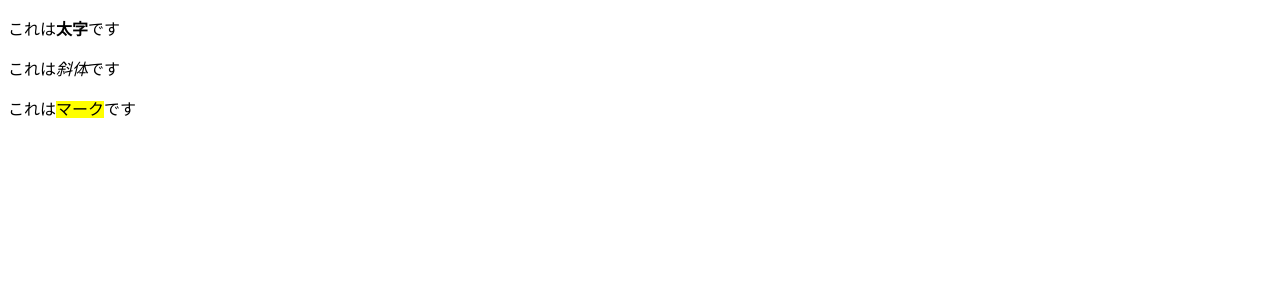
Repository: Jutta197/frontend726
Page: effect.html
These files come from the project's save history. The page is drawn as it stood at one moment and after the next save; the edit follows.
The browser window is 1280 px wide. The pictures show the whole page.

Above is the page before, as saved 2023-07-27 10:18:04.

After the next save:
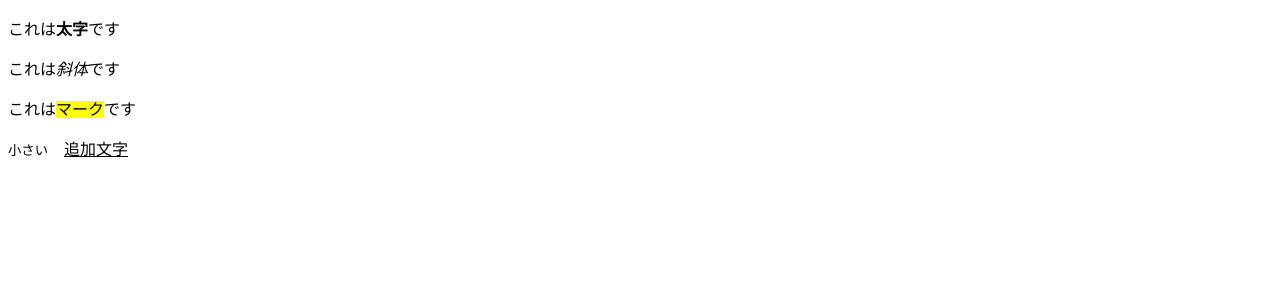
Saved 11 min 56 s later.
--- a/effect.html
+++ b/effect.html
@@ -14,6 +14,9 @@
     <!-- <p>斜体</p> -->
     <p>これは<i>斜体</i>です</p>
     <p>これは<mark>マーク</mark>です</p>
+    <p><small>小さい</small>　<ins>追加文字</ins>　</p>
+    <p></p>
+
 
 </body>
 
